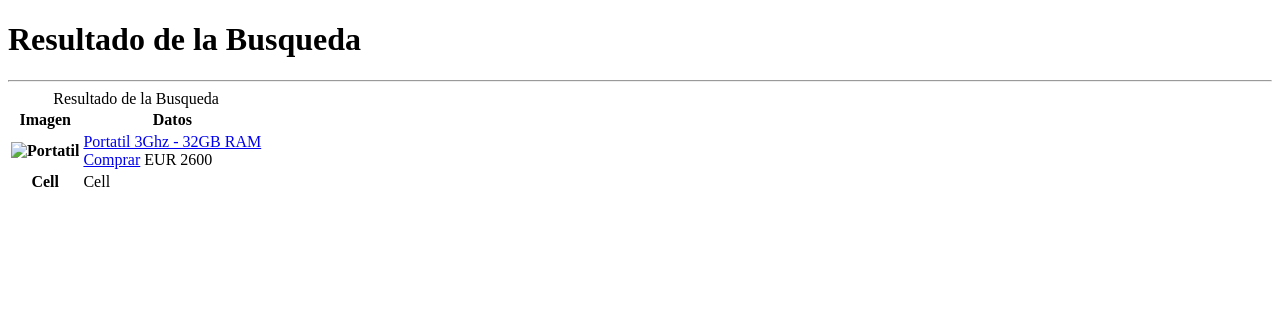
Repository: GonzaDelgado/JavaProjects
Page: modulo_html/WebContent/Tabla_Resultados.html
An editor plug-in stored every save of this project. The page is shown before and after the next save, followed by the edit.
The browser window is 1280 px wide. The pictures show the whole page.

Above is the page before, as saved 2021-02-08 13:06:13.

### modulo_html/WebContent/Tabla_Resultados.html
<!DOCTYPE html>
<html>
<head>
<meta charset="UTF-8">
<title>Insert title here</title>
</head>
<body>
	<h1>Resultado de la Busqueda</h1>
    <hr>
    <table>
        <caption>Resultado de la Busqueda</caption>
        <tr>
            <th>Imagen</th>
            <th>Datos</th>

        </tr>
        <tr>
            <th><img width="100" alt="Portatil" src="file:///home/Escritorio/cursos/Escuelita_java/Modulo_HTML/imagenes/portatil.png"></th>
            <td><a href="#" >Portatil 3Ghz - 32GB RAM</a><br>
            <a href="#" >Comprar</a> EUR 2600
            </td>

        </tr>
        <tr>
            <th>Cell</th>
            <td>Cell</td>

        </tr>
    </table>
</body>
</html>

After the next save:
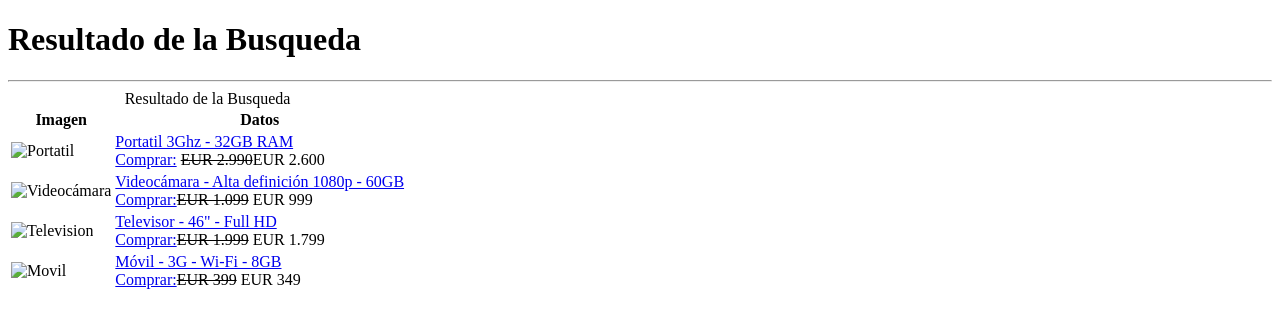
Saved 12 min 33 s later.
--- a/modulo_html/WebContent/Tabla_Resultados.html
+++ b/modulo_html/WebContent/Tabla_Resultados.html
@@ -15,15 +15,31 @@
 
         </tr>
         <tr>
-            <th><img width="100" alt="Portatil" src="file:///home/Escritorio/cursos/Escuelita_java/Modulo_HTML/imagenes/portatil.png"></th>
+            <td><img width="100" alt="Portatil" src="file:///home/gonzalo/Escritorio/cursos/Escuelita_java/Modulo_HTML/imagenes/portatil.png"></td>
             <td><a href="#" >Portatil 3Ghz - 32GB RAM</a><br>
-            <a href="#" >Comprar</a> EUR 2600
+            <a href="#" >Comprar:</a> <del>EUR 2.990</del>EUR 2.600
             </td>
 
         </tr>
         <tr>
-            <th>Cell</th>
-            <td>Cell</td>
+           	<td><img width="100" alt="Videocámara" src="file:///home/gonzalo/Escritorio/cursos/Escuelita_java/Modulo_HTML/imagenes/videocamara.png"></td>
+            <td><a href="#" >Videocámara - Alta definición 1080p - 60GB</a><br>
+            <a href="#" >Comprar:</a><del>EUR 1.099</del> EUR 999
+            </td>
+
+        </tr>
+        <tr>
+           	<td><img width="100" alt="Television" src="file:///home/gonzalo/Escritorio/cursos/Escuelita_java/Modulo_HTML/imagenes/televisor.png"></td>
+            <td><a href="#" >Televisor - 46" - Full HD</a><br>
+            <a href="#" >Comprar:</a><del>EUR 1.999</del> EUR 1.799
+            </td>
+
+        </tr>
+        <tr>
+           	<td><img width="100" alt="Movil" src="file:///home/gonzalo/Escritorio/cursos/Escuelita_java/Modulo_HTML/imagenes/movil.png"></td>
+            <td><a href="#" >Móvil - 3G - Wi-Fi - 8GB</a><br>
+            <a href="#" >Comprar:</a><del>EUR 399</del> EUR 349
+            </td>
 
         </tr>
     </table>
